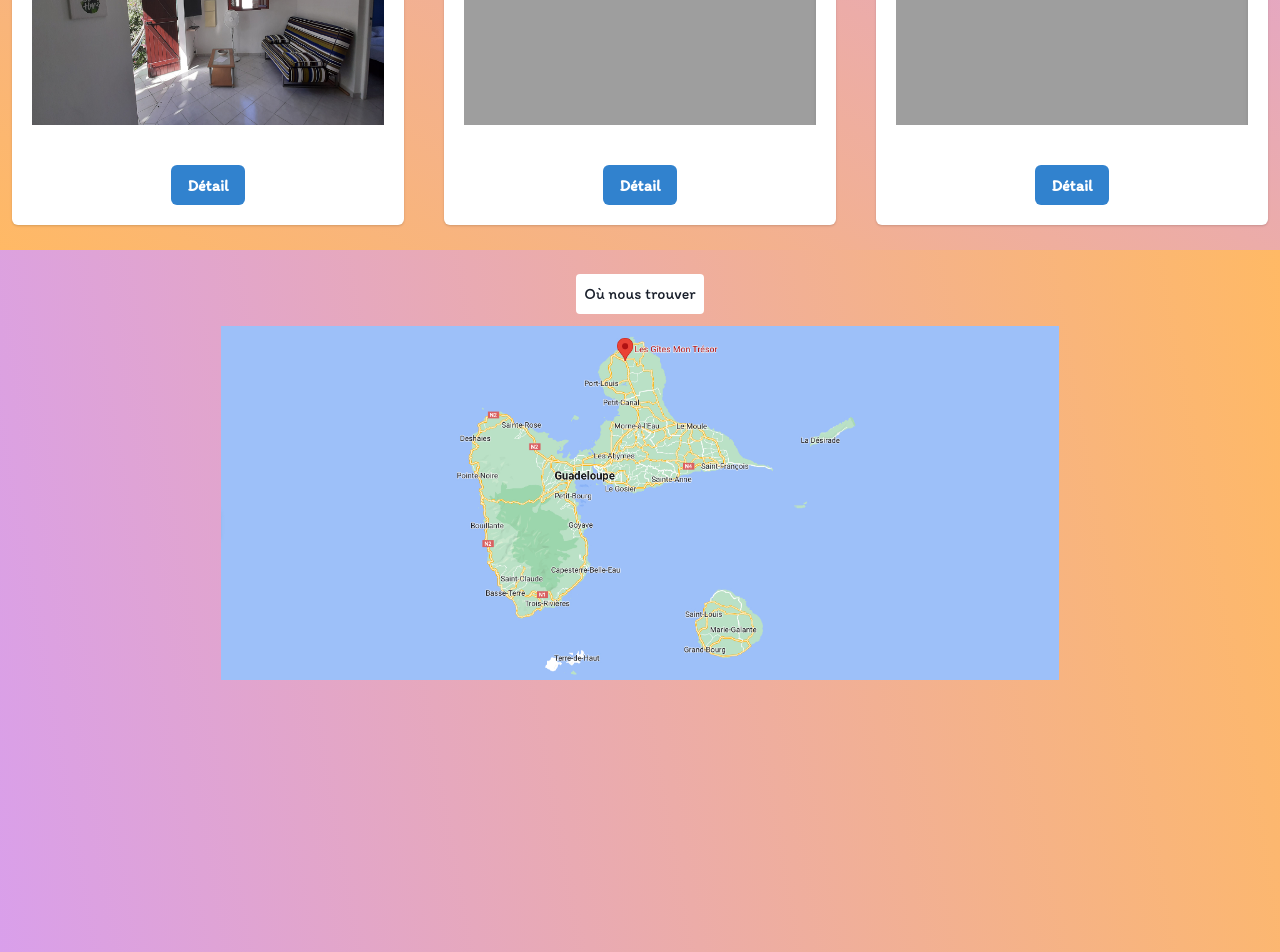
Repository: All-Khwarizmi/gites-v2
Page: /
The author's editor kept a copy of each file at every save. The page is drawn from the files as they stood at one save, then again after the next save.
The browser window is 1280 px wide. The pictures show the part of the page from y = 1190 to 2142 px (the page is 2160 px tall).
Pictures or frames that could not be fetched are drawn as grey boxes. The project was rebuilt for these pictures with package versions that can differ from the ones it lists, and the page was loaded fresh each time. The framework's server and built-in components were replaced by stand-ins that run in the browser. Also part of the build but not shown: next.config.js, next.config.mjs.

Above is the page before, as saved 2023-02-03 19:11:56.

After the next save:
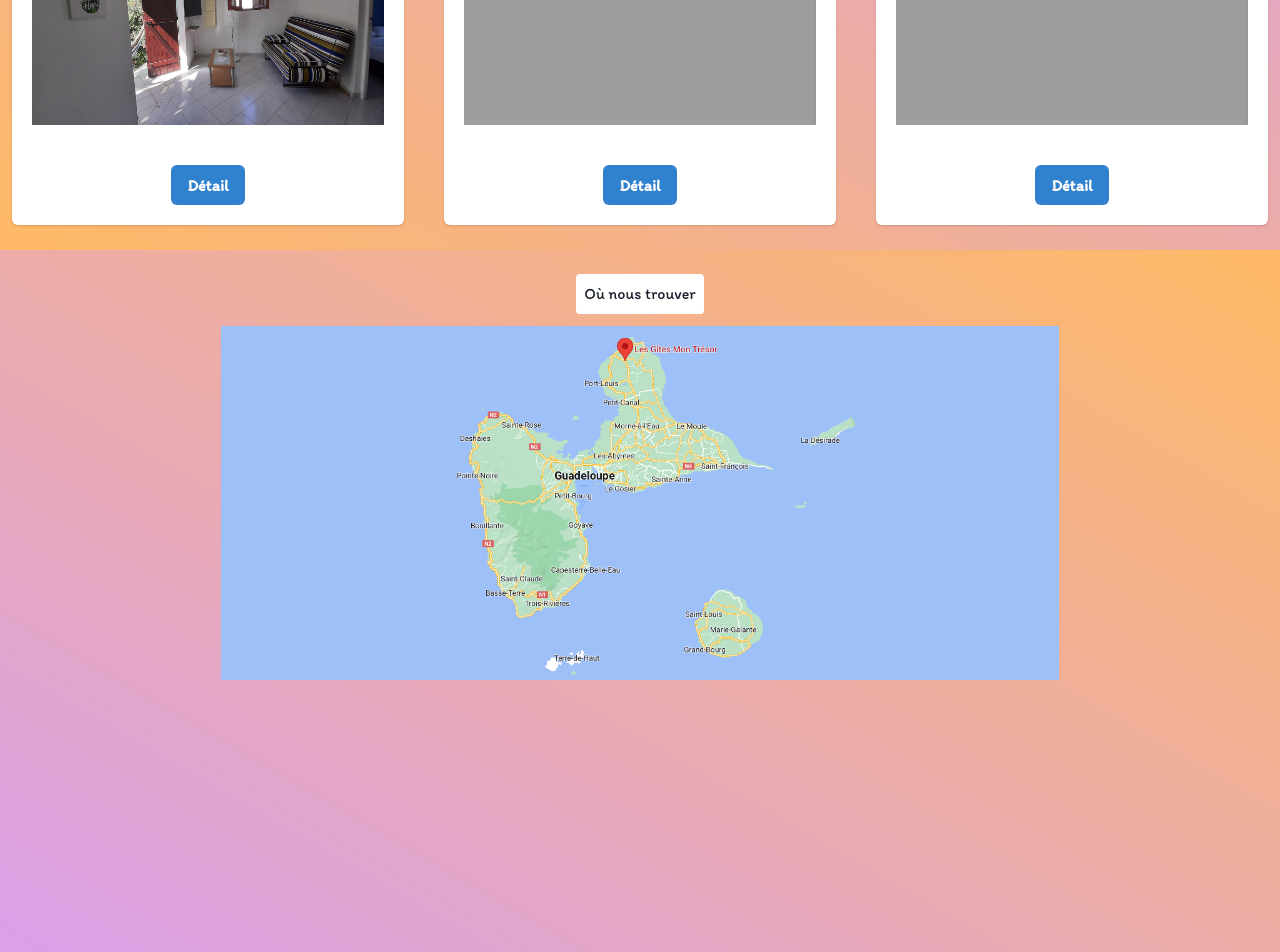
Saved 10 s later.
--- a/src/styles/globals.css
+++ b/src/styles/globals.css
@@ -43,7 +43,7 @@ body {
 }
 .section-2 {
   background-image: linear-gradient(
-    80deg,
+    30deg,
     var(--colorTwo) 0%,
     var(--colorOne) 100%
   );
